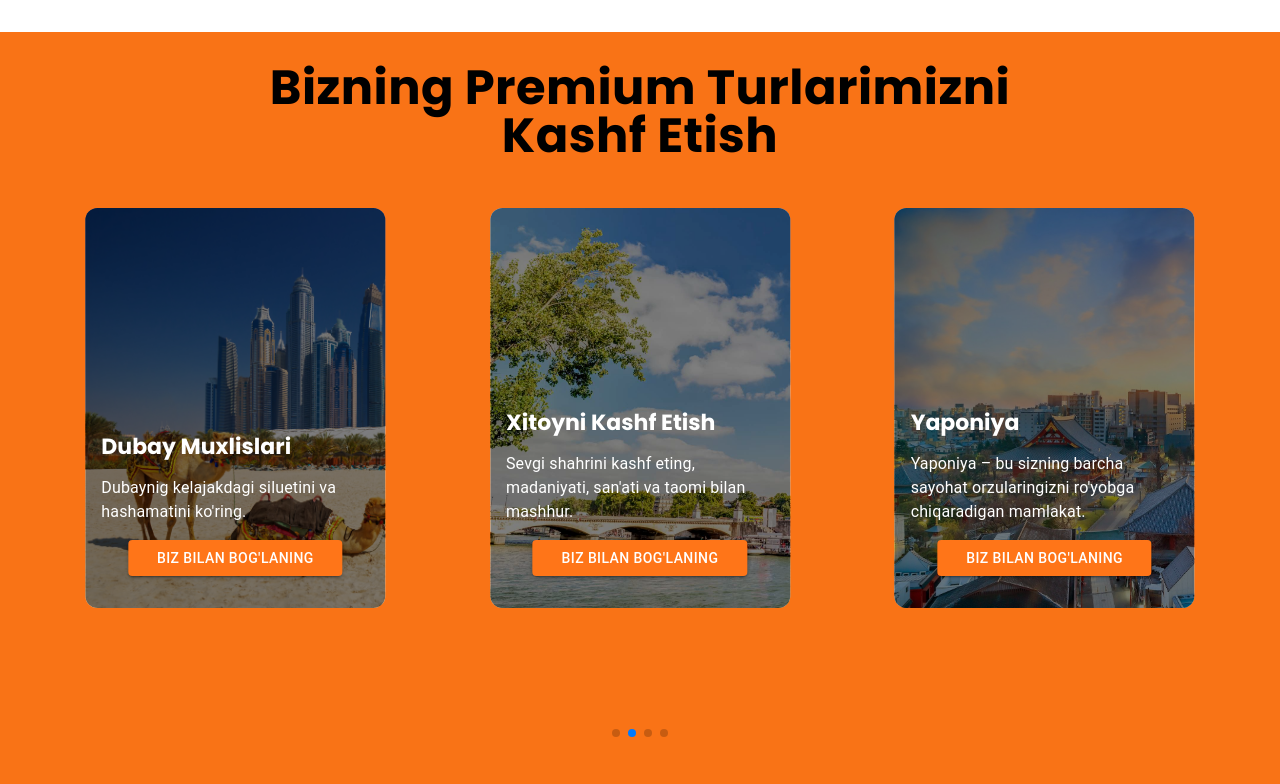
Repository: OgabekErkinov/i-am-tourist
Page: /
An editor plug-in stored every save of this project. The page is shown before and after the next save, followed by the edit.
The browser window is 1280 px wide. The pictures show the whole page.
The project was rebuilt for these pictures with package versions that can differ from the ones it lists, and the page was loaded fresh each time. Also part of the build but not shown: vite.config.js, src/components/navbar/LightDarkButton.jsx, src/I18/i18.js, src/components/navbar/languages/LanguageButton.jsx, src/components/navbar/NavbarItem.jsx, src/components/navbar/SocialNetworks.jsx, src/components/navbar/Logo.jsx, src/components/navbar/SectionsLinks.jsx and 7 more.

Above is the page before, as saved 2024-12-24 16:05:15.

After the next save:
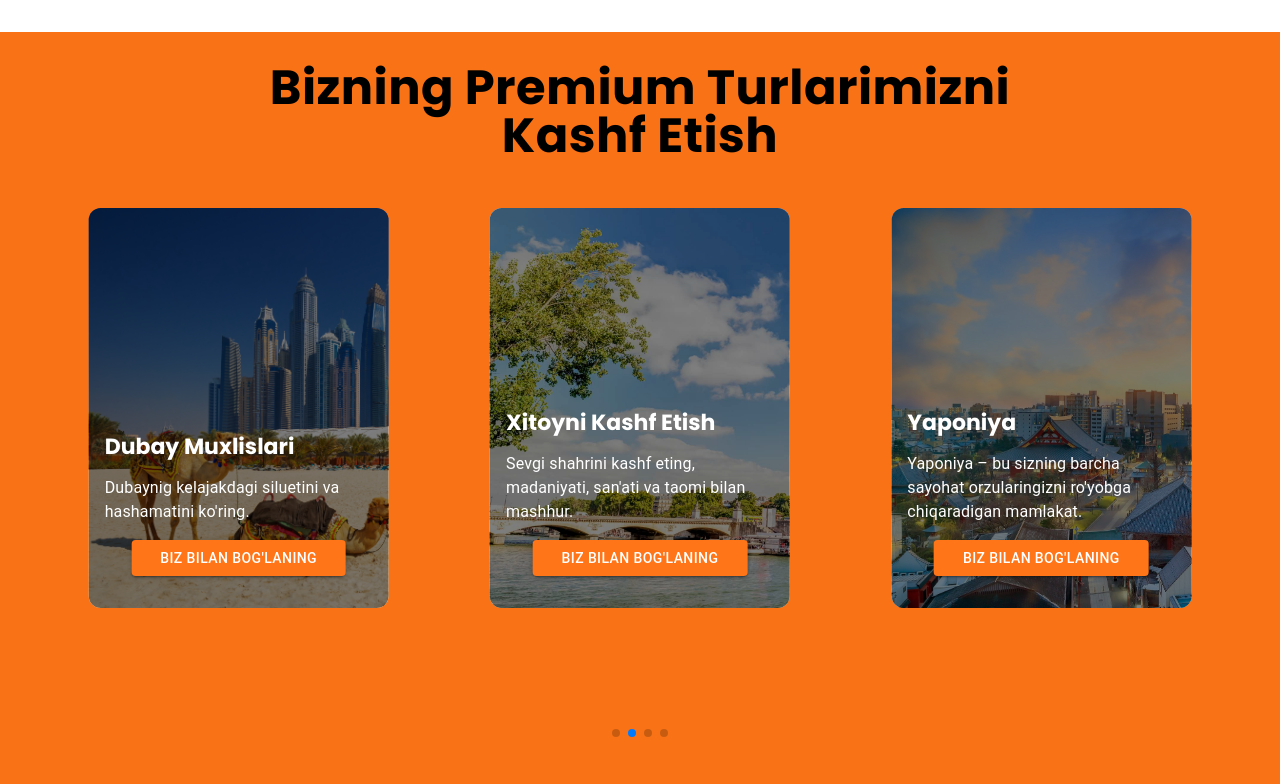
Saved 57 s later.
--- a/src/components/premium/PremiumTours.jsx
+++ b/src/components/premium/PremiumTours.jsx
@@ -71,7 +71,7 @@
                                   spaceBetween: 20 },
                               1200: {
                                   slidesPerView: 3,
-                                  spaceBetween: 30 } }}>
+                                  spaceBetween: 20 } }}>
                           {
                            premiumToursServices?.map((tour, idx) => {
                                   return (

After the save that followed:
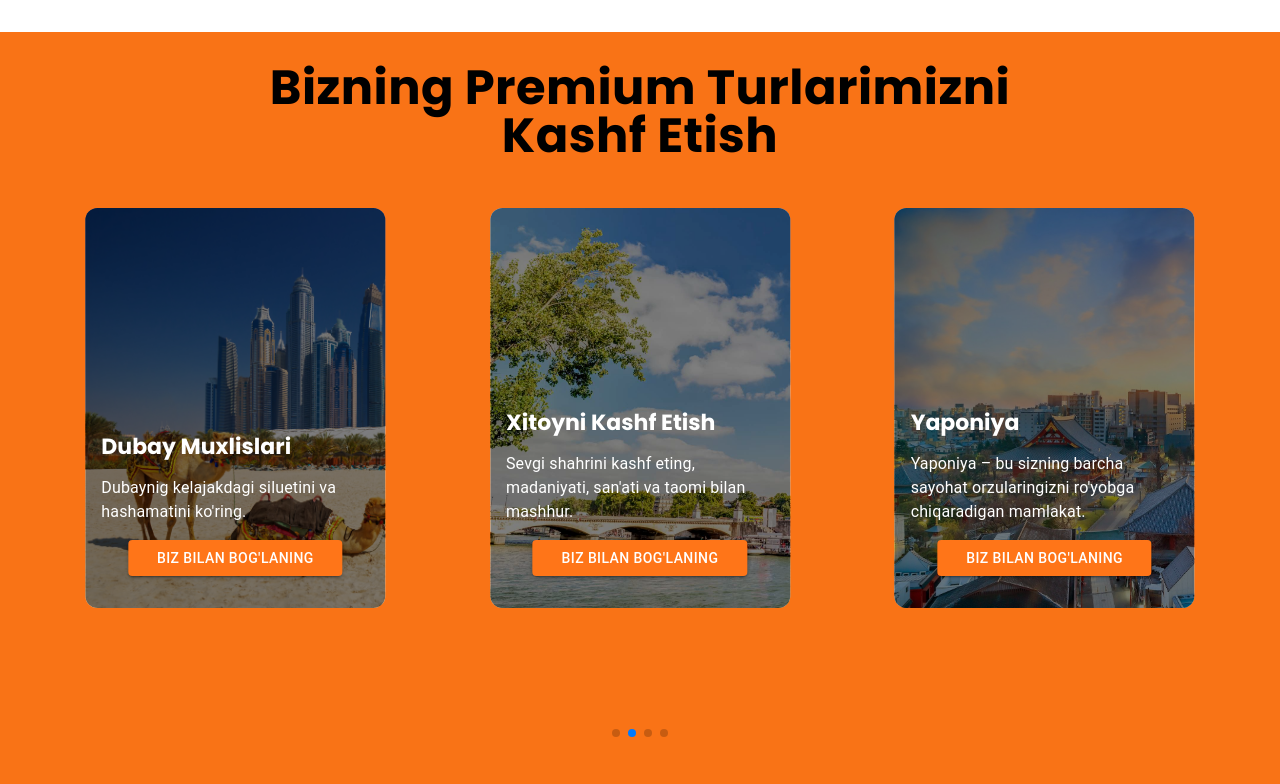
Saved 52 s later.
--- a/src/components/premium/PremiumTours.jsx
+++ b/src/components/premium/PremiumTours.jsx
@@ -71,7 +71,7 @@
                                   spaceBetween: 20 },
                               1200: {
                                   slidesPerView: 3,
-                                  spaceBetween: 20 } }}>
+                                  spaceBetween: 30 } }}>
                           {
                            premiumToursServices?.map((tour, idx) => {
                                   return (
